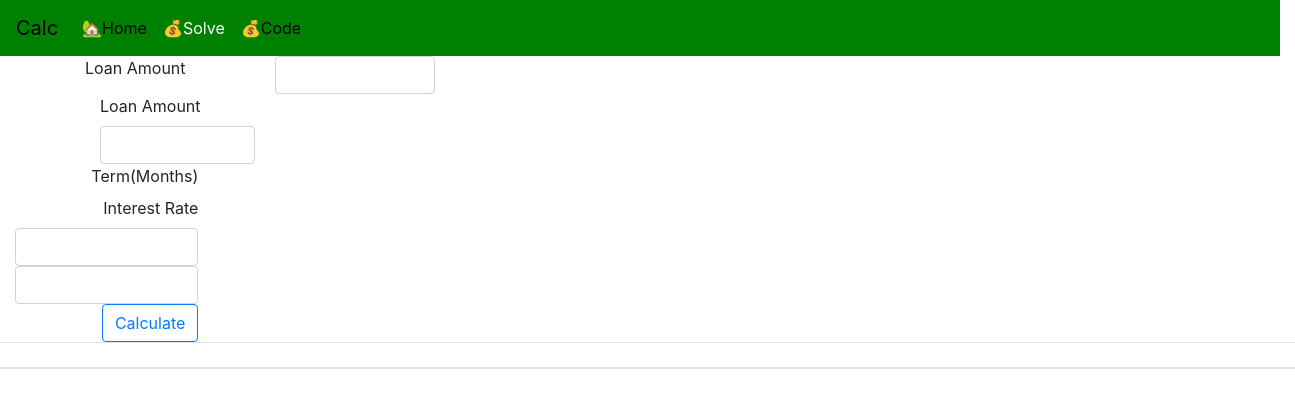
Repository: zhadjah9559/MortgageManager
Page: solve.html
An editor plug-in stored every save of this project. The page is shown before and after a run of saves, followed by the edit.
The browser window is 1280 px wide. The page is 1295 px wide, so the pictures cover 1295 px, including what lies to the right of the window. The pictures show the whole page.

Above is the page before, as saved 2021-01-15 16:51:37.

### solve.html
<!doctype html>
<html lang="en">
  <head>
    <title>Mortgage Loan Calculator</title>
    <!-- Required meta tags -->
    <meta charset="utf-8">
    <meta name="viewport" content="width=device-width, initial-scale=1, shrink-to-fit=no">

    <!-- Bootstrap CSS -->
    <link rel="stylesheet" href="https://stackpath.bootstrapcdn.com/bootstrap/4.3.1/css/bootstrap.min.css" integrity="sha384-ggOyR0iXCbMQv3Xipma34MD+dH/1fQ784/j6cY/iJTQUOhcWr7x9JvoRxT2MZw1T" crossorigin="anonymous">
    <link rel="stylesheet" href="css/custom.css">
    <link rel="stylesheet" href="css/prism.css">
  </head>
  <body>

    <nav class="navbar navbar-expand-sm navbar-dark" style="background-color: green;">
        <a class="navbar-brand" href="#">Calc</a>
        <button class="navbar-toggler d-lg-none" type="button" data-toggle="collapse" data-target="#collapsibleNavId" aria-controls="collapsibleNavId"
            aria-expanded="false" aria-label="Toggle navigation"></button>
        <div class="collapse navbar-collapse" id="collapsibleNavId">
            <ul class="navbar-nav mr-auto mt-2 mt-lg-0">
                <li class="nav-item ">
                    <a class="nav-link" href="index.html">🏡Home </a>
                </li>
                <li class="nav-item active">
                    <a class="nav-link" href="solve.html">💰Solve <span class="sr-only">(current)</span></a>
                </li>
                <li class="nav-item">
                    <a class="nav-link" href="code.html">💰Code</a>
                </li>
            </ul>
        </div>
    </nav>

    <div class="container">

        <div class="row">
            <div class="col-2">
                <label for="Loan Amount">Loan Amount</label>
            </div>
            <div class="col-2">
                <input type="number" class="form-control" id="loanAmount">
            </div>
        </div>

        <div class="col-2">
            <label for="Loan Amount">Loan Amount</label>
        </div>
        <div class="col-2">
            <input type="number" class="form-control" id="loanAmount">
        </div>


    </div>
                <!--Label Columns-->
                <div class="col-2 text-right">
                    <label for="Term">Term(Months)</label>
                    <label for="Interest Rate">Interest Rate</label>
                </div>

                <!--Label Inputs-->
                <div class="col-2 text-right">
                    <input type="number" class="form-control" id="months">
                    <input type="number" class="form-control" id="interestRate">
                    <button class="btn btn-outline-primary" type="submit" onclick="calculateLoan()">Calculate</button>
                </div>



            <!--Display output column-->
            <div class="col-md">

            </div>


        <div class="row">
            <table class="table table-striped">
                <thead>
                    <tr>
                        <th></th>
                        <th></th>
                        <th></th>
                        <th></th>
                        <th></th>
                        <th></th>
                    </tr>
                </thead>
                <tbody id="tBody">

                </tbody>
            </table>
        </div>
    </div>

    <!-- Optional JavaScript -->
    <!-- jQuery first, then Popper.js, then Bootstrap JS -->
    <script src="https://code.jquery.com/jquery-3.3.1.slim.min.js" integrity="sha384-q8i/X+965DzO0rT7abK41JStQIAqVgRVzpbzo5smXKp4YfRvH+8abtTE1Pi6jizo" crossorigin="anonymous"></script>
    <script src="https://cdnjs.cloudflare.com/ajax/libs/popper.js/1.14.7/umd/popper.min.js" integrity="sha384-UO2eT0CpHqdSJQ6hJty5KVphtPhzWj9WO1clHTMGa3JDZwrnQq4sF86dIHNDz0W1" crossorigin="anonymous"></script>
    <script src="https://stackpath.bootstrapcdn.com/bootstrap/4.3.1/js/bootstrap.min.js" integrity="sha384-JjSmVgyd0p3pXB1rRibZUAYoIIy6OrQ6VrjIEaFf/nJGzIxFDsf4x0xIM+B07jRM" crossorigin="anonymous"></script>
    <script src="js/custom.js"></script>
    <script src="js/prism.js"></script>
  </body>
</html>

### css/custom.css
.navbar-dark .navbar-nav .active>.nav-link{
    color:white;
}
.navbar-dark .navbar-nav .nav-link{
    color:black;
}
.navbar .navbar-brand{
    color:black;
}

### css/prism.css
/* PrismJS 1.23.0
https://prismjs.com/download.html#themes=prism-okaidia&languages=markup+css+clike+javascript&plugins=normalize-whitespace */
/**
 * okaidia theme for JavaScript, CSS and HTML
 * Loosely based on Monokai textmate theme by http://www.monokai.nl/
 * @author ocodia
 */

code[class*="language-"],
pre[class*="language-"] {
	color: #f8f8f2;
	background: none;
	text-shadow: 0 1px rgba(0, 0, 0, 0.3);
	font-family: Consolas, Monaco, 'Andale Mono', 'Ubuntu Mono', monospace;
	font-size: 1em;
	text-align: left;
	white-space: pre;
	word-spacing: normal;
	word-break: normal;
	word-wrap: normal;
	line-height: 1.5;

	-moz-tab-size: 4;
	-o-tab-size: 4;
	tab-size: 4;

	-webkit-hyphens: none;
	-moz-hyphens: none;
	-ms-hyphens: none;
	hyphens: none;
}

/* Code blocks */
pre[class*="language-"] {
	padding: 1em;
	margin: .5em 0;
	overflow: auto;
	border-radius: 0.3em;
}

:not(pre) > code[class*="language-"],
pre[class*="language-"] {
	background: #272822;
}

/* Inline code */
:not(pre) > code[class*="language-"] {
	padding: .1em;
	border-radius: .3em;
	white-space: normal;
}

.token.comment,
.token.prolog,
.token.doctype,
.token.cdata {
	color: #8292a2;
}

.token.punctuation {
	color: #f8f8f2;
}

.token.namespace {
	opacity: .7;
}

.token.property,
.token.tag,
.token.constant,
.token.symbol,
.token.deleted {
	color: #f92672;
}

.token.boolean,
.token.number {
	color: #ae81ff;
}

.token.selector,
.token.attr-name,
.token.string,
.token.char,
.token.builtin,
.token.inserted {
	color: #a6e22e;
}

.token.operator,
.token.entity,
.token.url,
.language-css .token.string,
.style .token.string,
.token.variable {
	color: #f8f8f2;
}

.token.atrule,
.token.attr-value,
.token.function,
.token.class-name {
	color: #e6db74;
}

.token.keyword {
	color: #66d9ef;
}

.token.regex,
.token.important {
	color: #fd971f;
}

.token.important,
.token.bold {
	font-weight: bold;
}
.token.italic {
	font-style: italic;
}

.token.entity {
	cursor: help;
}

### js/custom.js
function calculateLoan(){
    let loanAmount = parseInt( document.getElementById("loanAmount").value )
    let months = parseInt( document.getElementById("months").value )
    //DONT FORGET TO CONVERT THIS TO A PERCENTAGE
    let interestRate = parseInt( document.getElementById("interestRate").value )

    //input validation to make sure interest is solid number
    if(interestRate >= 100){

    }


}

Loaded but not shown: js/prism.js (library)

After the next 2 saves:
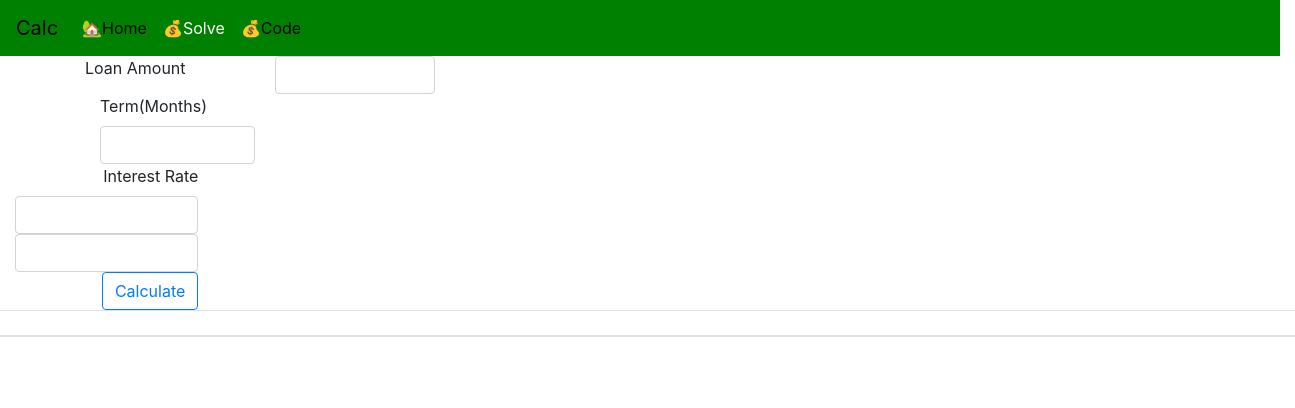
The 2 saves are shown as one change because they came seconds apart.
The last was saved 6 s later.
--- a/solve.html
+++ b/solve.html
@@ -44,7 +44,7 @@
         </div>
 
         <div class="col-2">
-            <label for="Loan Amount">Loan Amount</label>
+            <label for="Term">Term(Months)</label>
         </div>
         <div class="col-2">
             <input type="number" class="form-control" id="loanAmount">
@@ -54,7 +54,6 @@
     </div>
                 <!--Label Columns-->
                 <div class="col-2 text-right">
-                    <label for="Term">Term(Months)</label>
                     <label for="Interest Rate">Interest Rate</label>
                 </div>
 
